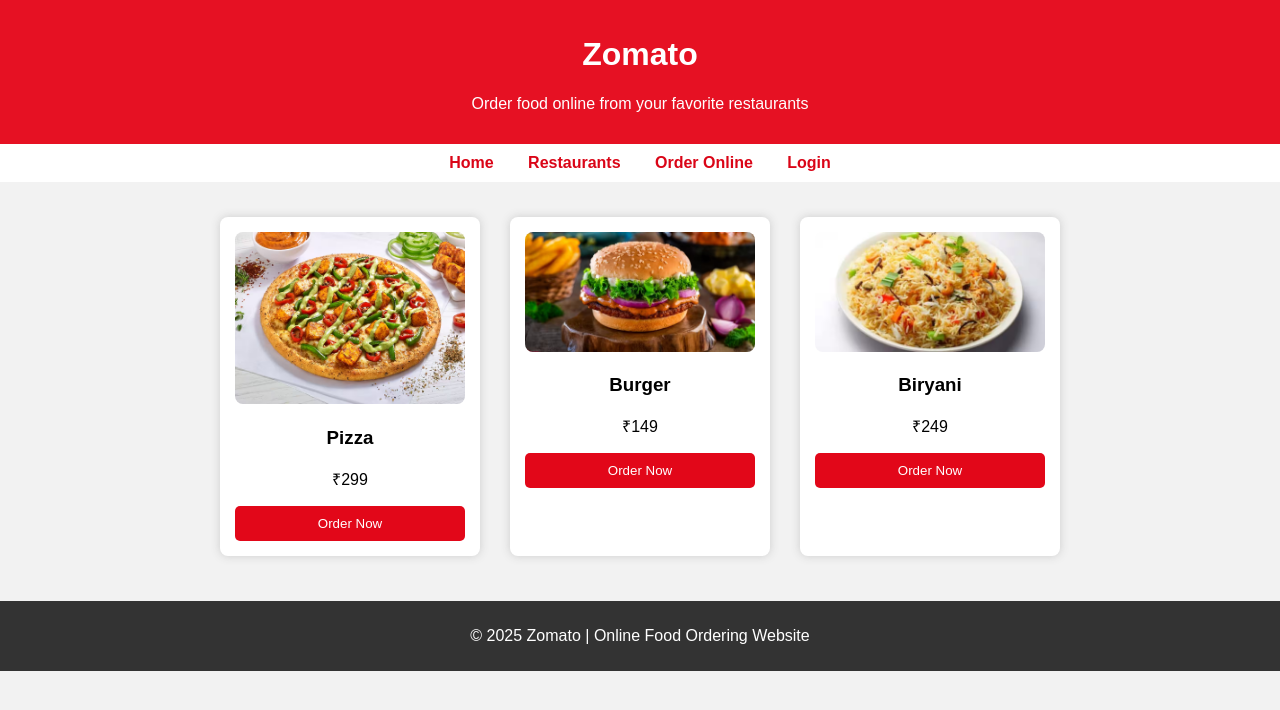
Repository: Glory998/ELCE1-32
Page: zomatoproject.html
An editor plug-in stored every save of this project. The page is shown before and after the next save, followed by the edit.
The browser window is 1280 px wide. The pictures show the whole page.

Above is the page before, as saved 2025-12-16 02:42:50.

### zomatoproject.html
<!DOCTYPE html>
<html lang="en">
<head>
    <meta charset="UTF-8">
    <title>Zomato | Online Food Ordering</title>

    <style>
        body {
            margin: 0;
            font-family: Arial, sans-serif;
            background-color: #f2f2f2;
        }

        /* Header */
        header {
            background-color: #e61123;
            color: white;
            padding: 15px;
            text-align: center;
        }

        /* Navigation */
        nav {
            background-color: white;
            padding: 10px;
            text-align: center;
        }

        nav a {
            text-decoration: none;
            margin: 15px;
            color: #da0517;
            font-weight: bold;
        }

        /* Main Section */
        .container {
            display: flex;
            justify-content: center;
            margin: 20px;
        }

        .food-card {
            background-color: white;
            width: 230px;
            margin: 15px;
            padding: 15px;
            text-align: center;
            border-radius: 8px;
            box-shadow: 0 0 10px #ccc;
        }

        .food-card img {
            width: 100%;
            border-radius: 8px;
        }

        .food-card button {
            background-color: #e20719;
            color: white;
            border: none;
            padding: 10px;
            width: 100%;
            border-radius: 5px;
            cursor: pointer;
        }

        /* Footer */
        footer {
            background-color: #333;
            color: white;
            text-align: center;
            padding: 10px;
            margin-top: 30px;
        }
    </style>
</head>

<body>

    <!-- Header -->
    <header>
        <h1>Zomato</h1>
        <p>Order food online from your favorite restaurants</p>
    </header>

    <!-- Navigation -->
    <nav>
        <a href="#">Home</a>
        <a href="#">Restaurants</a>
        <a href="#">Order Online</a>
        <a href="#">Login</a>
    </nav>

    <!-- Food Items -->
    <div class="container">

        <div class="food-card">
            <img src="pizza image.avif">
            <h3>Pizza</h3>
            <p>₹299</p>
            <button>Order Now</button>
        </div>

        <div class="food-card">
            <img src="burger image.avif">
            <h3>Burger</h3>
            <p>₹149</p>
            <button>Order Now</button>
        </div>

        <div class="food-card">
            <img src="biryani image.avif">
            <h3>Biryani</h3>
            <p>₹249</p>
            <button>Order Now</button>
        </div>

    </div>

    <!-- Footer -->
    <footer>
        <p>© 2025 Zomato | Online Food Ordering Website</p>
    </footer>

</body>
</html>

After the next save:
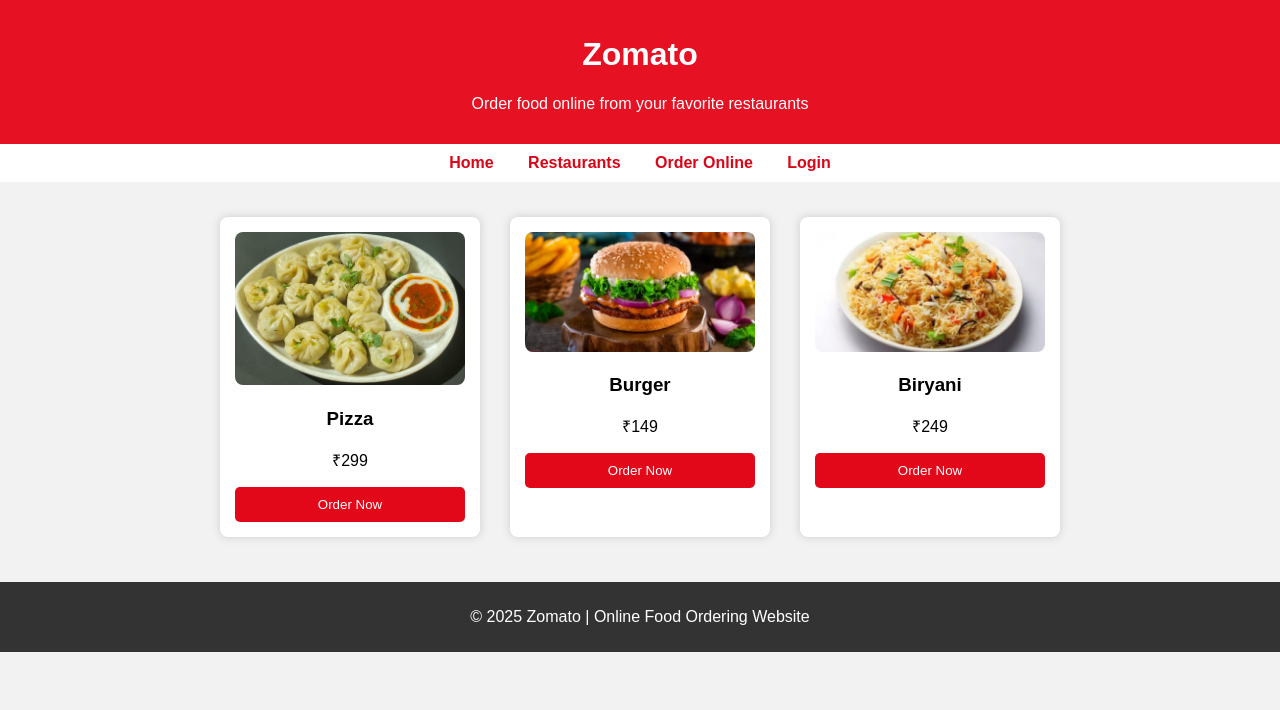
Saved 81 s later.
--- a/zomatoproject.html
+++ b/zomatoproject.html
@@ -96,7 +96,7 @@
     <div class="container">
 
         <div class="food-card">
-            <img src="pizza image.avif">
+            <img src="momos image.avif">
             <h3>Pizza</h3>
             <p>₹299</p>
             <button>Order Now</button>
